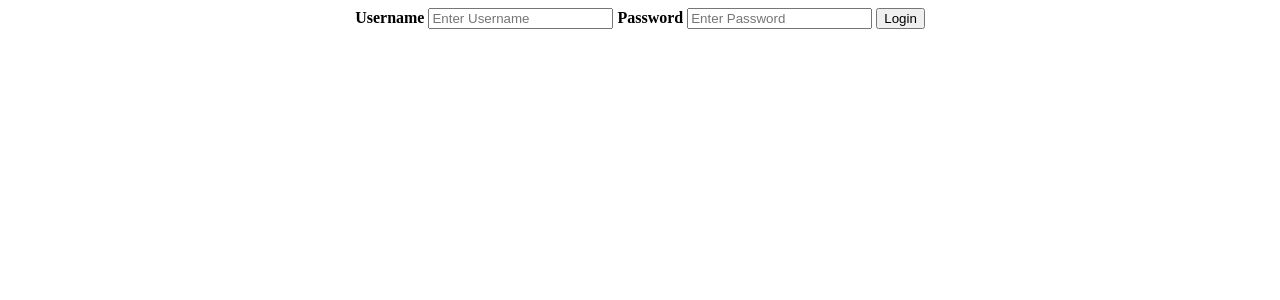
Repository: Thirumalaivasan01/eclipse-workspace
Page: http://localhost/assignment-calculator/login.jsp
These files come from the project's save history. The page is drawn as it stood at one moment and after a run of saves; the edit follows.
The browser window is 1280 px wide. The pictures show the whole page.
The page is served by Tomcat 9. Other server files are loaded and not shown.

Above is the page before, as saved 2022-04-12 16:51:39.

### assignment-calculator/src/main/webapp/login.jsp
<%@ page language="java" contentType="text/html; charset=UTF-8"
	pageEncoding="UTF-8"%>
<!DOCTYPE html PUBLIC "-//W3C//DTD HTML 4.01 Transitional//EN" "http://www.w3.org/TR/html4/loose.dtd">
<html>
<head>
<meta http-equiv="Content-Type" content="text/html; charset=UTF-8">
<title>Insert title here</title>
</head>
<body>
	<center>
		<form action="home.jsp">
			<label for="uname"><b>Username</b></label> <input type="text"
				placeholder="Enter Username" name="uname" required> <label
				for="psw"><b>Password</b></label> <input type="password"
				placeholder="Enter Password" name="psw" required>
			<button type="submit">Login</button>

		</form>
	</center>
</body>
</html>

After the next 2 saves:
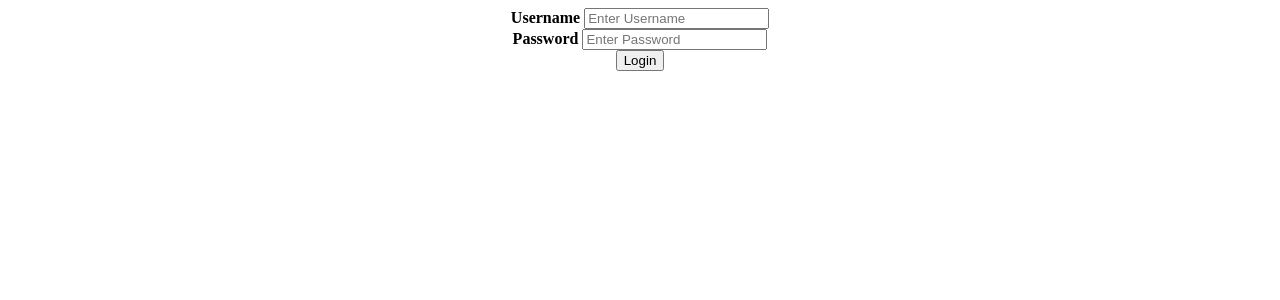
The 2 saves are shown as one change because they came seconds apart.
The last was saved 5 min 56 s later.
--- a/assignment-calculator/src/main/webapp/login.jsp
+++ b/assignment-calculator/src/main/webapp/login.jsp
@@ -10,9 +10,9 @@
 	<center>
 		<form action="home.jsp">
 			<label for="uname"><b>Username</b></label> <input type="text"
-				placeholder="Enter Username" name="uname" required> <label
-				for="psw"><b>Password</b></label> <input type="password"
-				placeholder="Enter Password" name="psw" required>
+				placeholder="Enter Username" name="uname" required><br>
+			<label for="psw"><b>Password</b></label> <input type="password"
+				placeholder="Enter Password" name="psw" required><br>
 			<button type="submit">Login</button>
 
 		</form>
